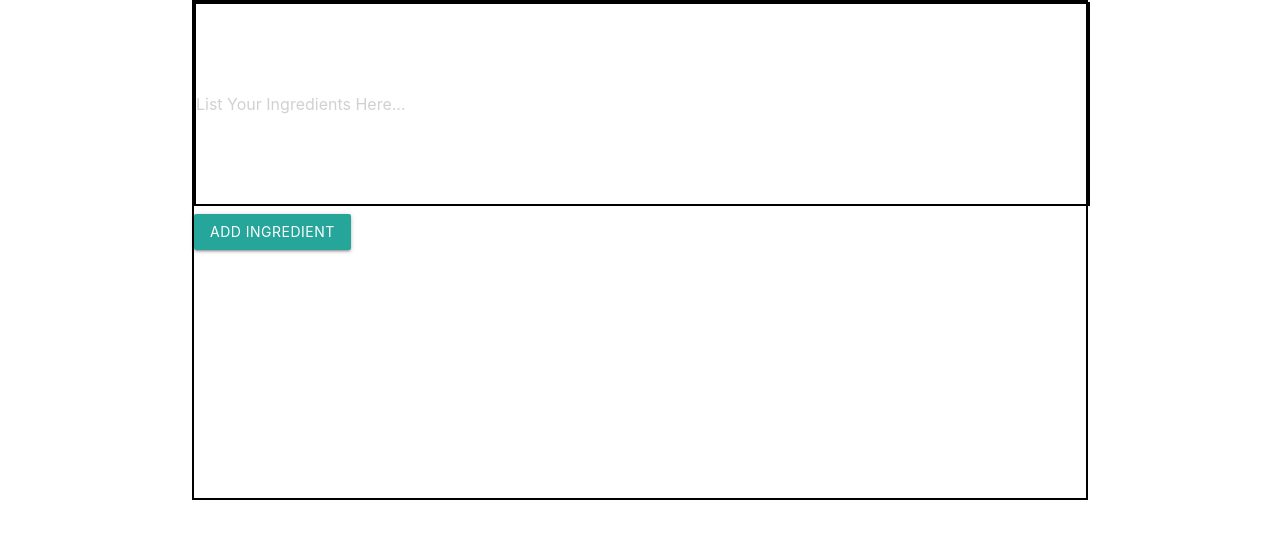
Repository: Aaron-R-Carter/Project1
Page: prototype.html
These files come from the project's save history. The page is drawn as it stood at one moment and after a run of saves; the edit follows.
The browser window is 1280 px wide. The pictures show the whole page.

Above is the page before, as saved 2019-10-31 20:59:21.
Console error: SyntaxError: Unexpected token '<'

After the next 2 saves:
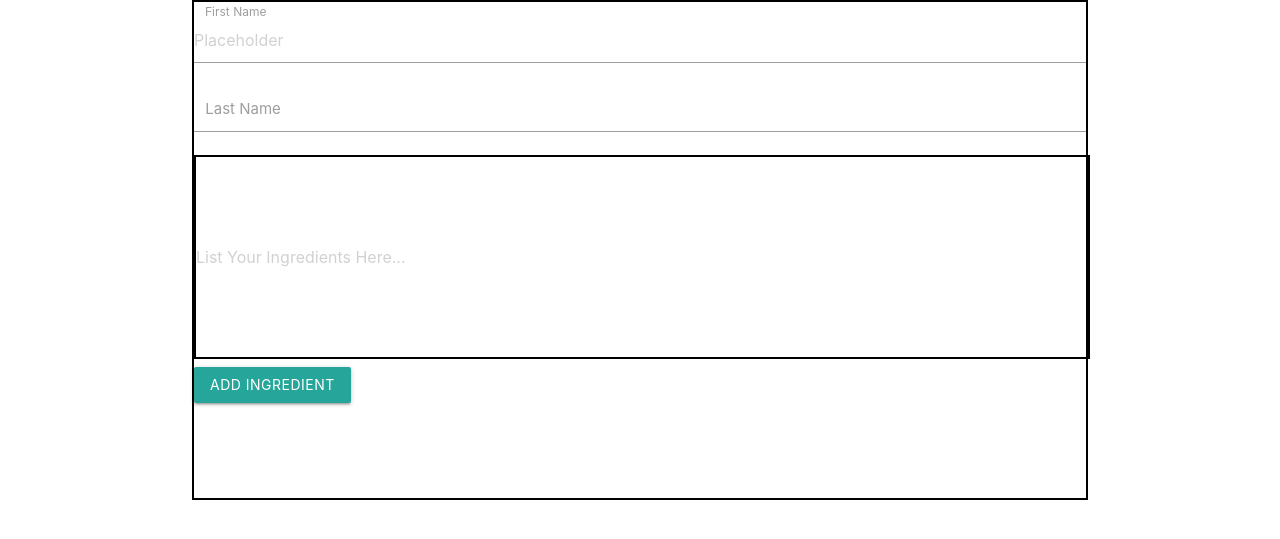
The 2 saves are shown as one change because they came seconds apart.
The last was saved 4 min 9 s later.
--- a/prototype.html
+++ b/prototype.html
@@ -16,6 +16,14 @@
 
     <div class="container">
         <div id="form-page">
+                <div class="input-field col s6">
+                        <input placeholder="Placeholder" id="first_name" type="text" class="validate">
+                        <label for="first_name">First Name</label>
+                      </div>
+                      <div class="input-field col s6">
+                        <input id="last_name" type="text" class="validate">
+                        <label for="last_name">Last Name</label>
+                      </div>
         <form id="ingredient-form">
 
             <input type="text" id="ingredient-input" placeholder="List Your Ingredients Here...">
